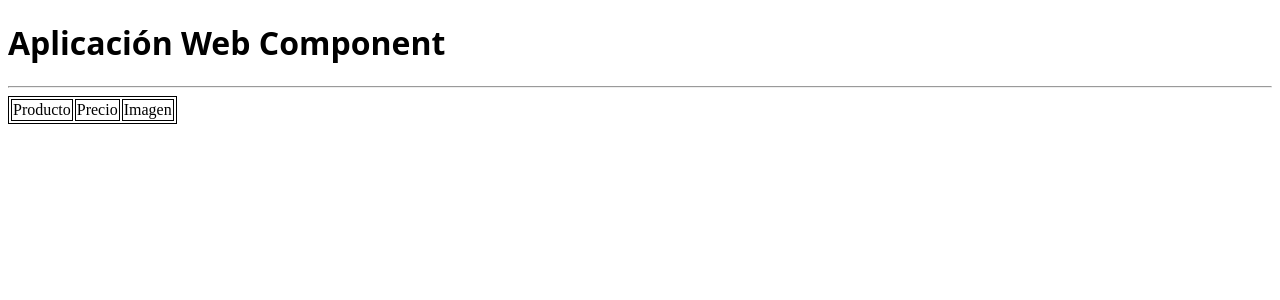
Repository: maxTech2019/Lab-react-C12024
Page: /
These files come from the project's save history. The page is drawn as it stood at one moment and after a run of saves; the edit follows.
The browser window is 1280 px wide. The pictures show the whole page.
The page's requests for data from a server got no answer. The project was rebuilt for these pictures with package versions that can differ from the ones it lists, and the page was loaded fresh each time. No one was signed in, and anything a server would have sent is missing. Also part of the build but not shown: vite.config.js, src/custom_hooks/useContador.js, src/component/ContadoruseEffect.jsx.

Above is the page before, as saved 2024-06-06 10:58:30.

### src/main.jsx
import React from 'react'
import ReactDOM from 'react-dom/client'
import App from './App';


const root = ReactDOM.createRoot(document.getElementById('root'));
root.render(
  <React.StrictMode>
    <App />
  </React.StrictMode>,
)

### src/App.jsx
import { Productos } from "./component/Productos";
import {ContadoruseEffect} from "./component/ContadoruseEffect";

const App = () => {
  return (
    <>
      <h1>Aplicación Web Component</h1>
      <hr />
      {/* <Contador /> */}
      <Productos/>
      {/* <ContadoruseEffect /> */}
    </>
  );
}

export default App

### src/component/Productos.jsx
import { useEffect, useState } from "react";
import '../css/productos.css';

export const Productos = () => {
    const [productos, setProductos] = useState([]);

    useEffect(()=>{
        fetch('https://fakestoreapi.com/products')
            .then(response => response.json())
            .then(data => setProductos(data));
    },[]);

    return(
        <div>
            <table>
               <thead>
               <tr><td>Producto</td><td>Precio</td><td>Imagen</td></tr>
               </thead>
                {
                    productos.map(({id, title, price, image}) => (
                        <tr key={id}>
                            <td>{title}</td>
                            <td>{price}</td>
                            <td>
                                <img src={image} alt={`Imagen ${id}`} />
                            </td>
                        </tr>
                    ))
                }
            </table>
            {/* <ul>
                {
                    productos.map(({id, title})=>(
                        <li key={id}>{title}</li>
                    ))
                }
            </ul> */}
        </div>
    );
}

### src/css/productos.css

img {
    width: 65px;
    height: 65px;
}

table, tr, td{
    border: 1px, solid, black;
}

### src/css/estilos_contuseEffect.css
 button.miBoton {
    width: 50px;
    height: 50px;
    margin-left: 5px;
 }
 h1{
    font-family: system-ui;
    font-size: 2em;
 }

Loaded but not shown: index.html (common file)

After the next 5 saves:
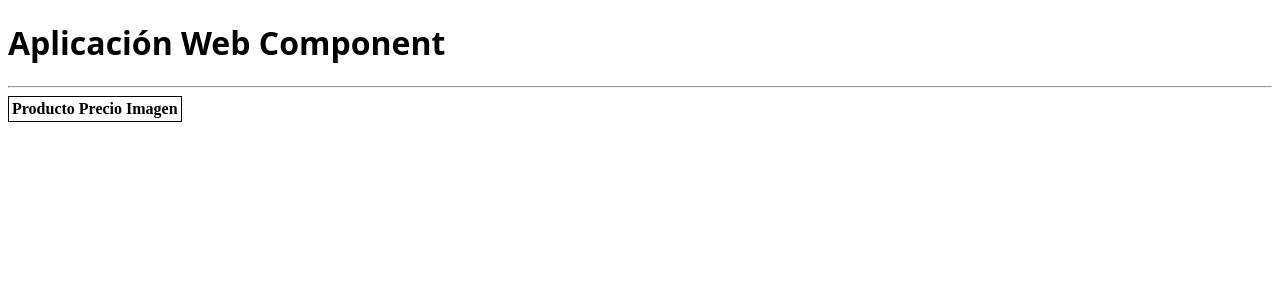
The 5 saves are shown as one change because they came seconds apart.
The last was saved 15 s later.
--- a/src/component/Productos.jsx
+++ b/src/component/Productos.jsx
@@ -14,7 +14,7 @@ export const Productos = () => {
         <div>
             <table>
                <thead>
-               <tr><td>Producto</td><td>Precio</td><td>Imagen</td></tr>
+               <th>Producto</th><th>Precio</th><th>Imagen</th>
                </thead>
                 {
                     productos.map(({id, title, price, image}) => (
